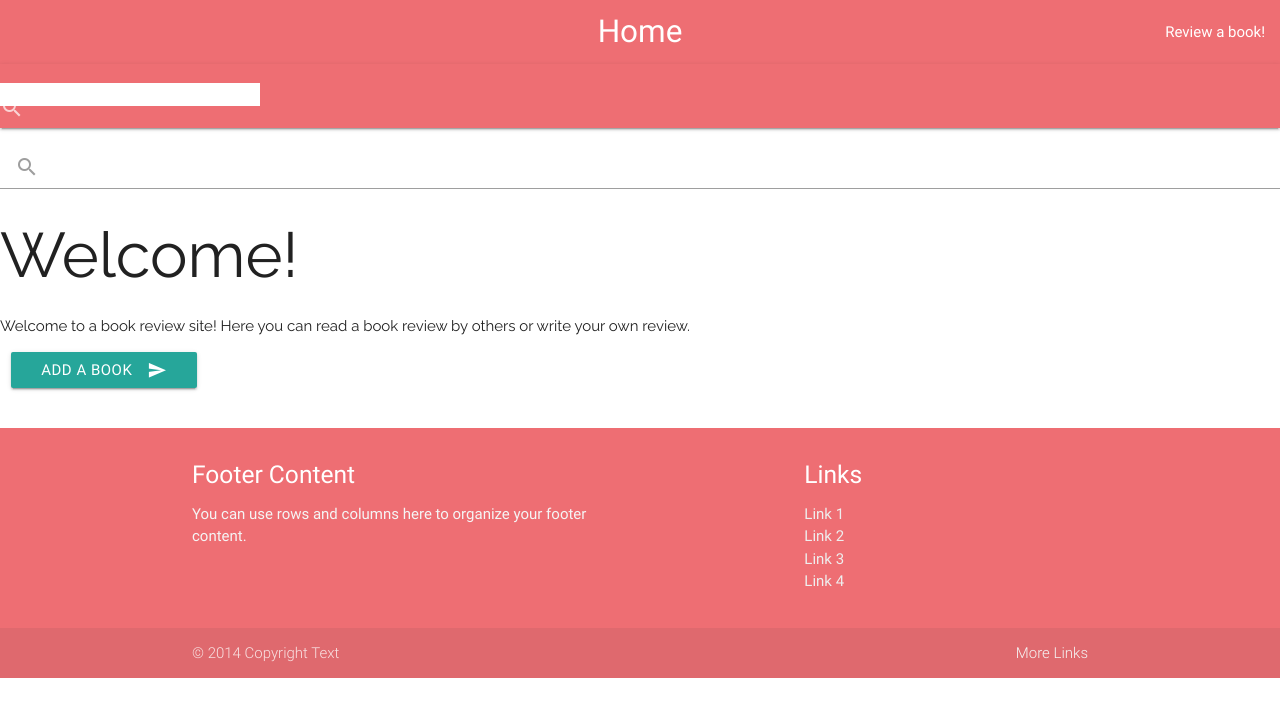
Repository: h8130084/bookReview
Page: http://localhost/
The author's editor kept a record of every edit. The page is drawn from the files as they stood at one moment, then again after the next edit.
The browser window is 1280 px wide. The pictures show the whole page.
Some web libraries are served in a nearby version. The page is served by the project's application, run on Flask 3 (app.py). Queries for data that is not in the repository find no rows.

Above is the page before.
Console error: ReferenceError: M is not defined

After the next edit:
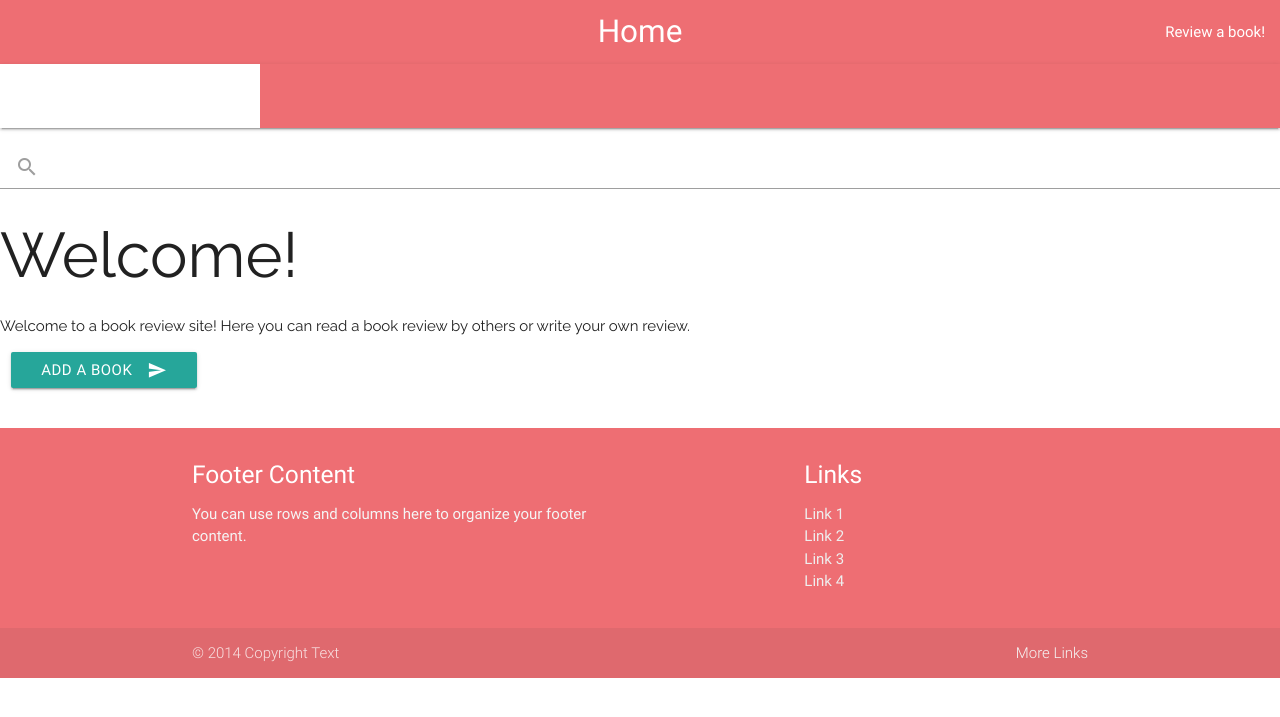
The edit:
--- a/templates/base.html
+++ b/templates/base.html
@@ -25,7 +25,6 @@
         </nav>
         <nav>
             <div class="nav-wrapper">
-                <div class="search">
                     <form action="{{ url_for('search') }}" method="GET">
                         <div class="input-field" "center">
                             <input id="Title" type="Title" name="Title" required>
